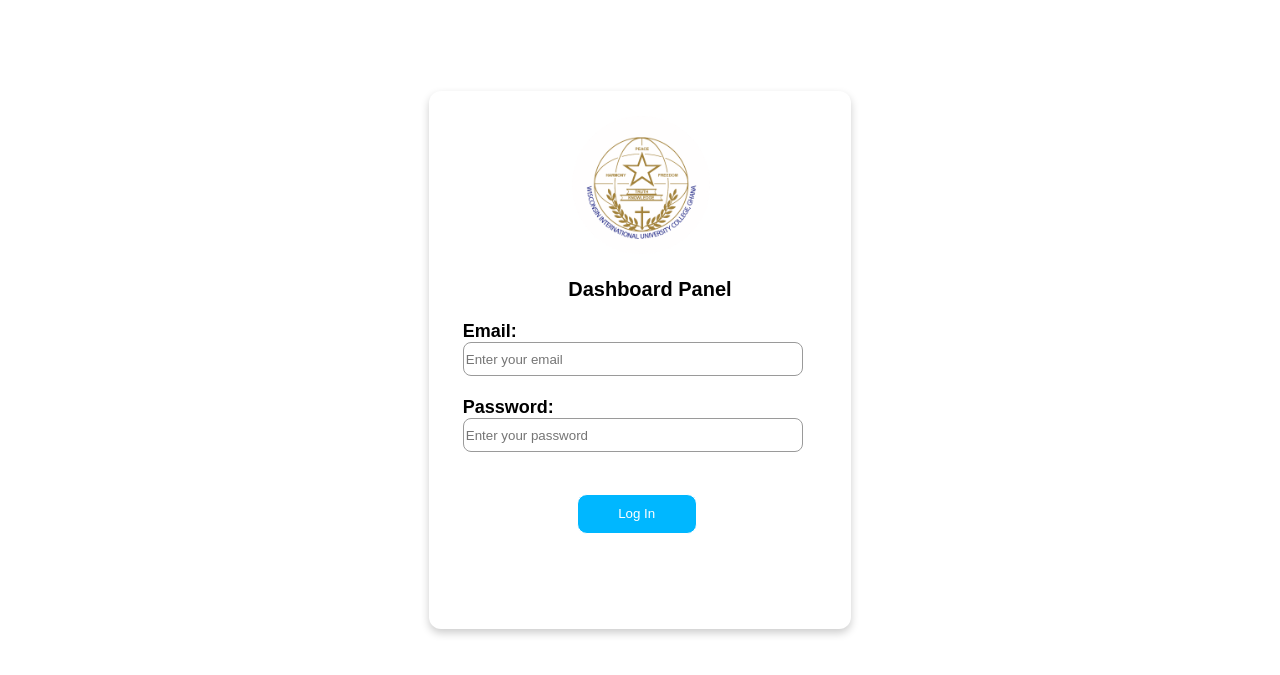
Repository: exe-walt/Voting-System-Project
Page: http://localhost/dash-login.php
The author's editor kept a copy of each file at every save. The page is drawn from the files as they stood at one save, then again after the next save.
The browser window is 1280 px wide. The pictures show the whole page.
The pointer rests on the first visible `button`.
The page is run by PHP 8.4 with error messages shown; the project is at /var/www/html/.

Above is the page before, as saved 2025-04-17 08:51:51.

After the next save:
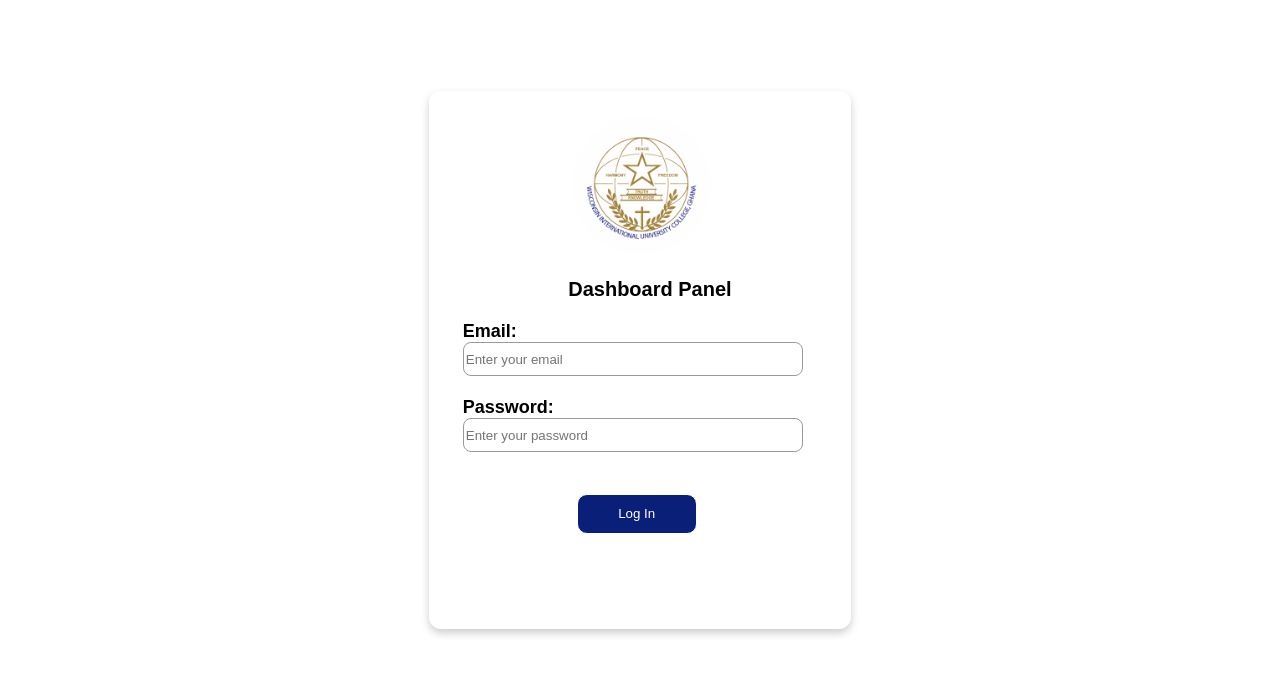
Saved 4 min 51 s later.
--- a/dash-login.css
+++ b/dash-login.css
@@ -70,7 +70,7 @@
 }
 
 button:hover{
-  background-color: #00b7ff;
+  background-color: #0a1f78;
   color: #ffffff;
   border: 1px solid #ffffff;
   transition: background-color 0.3s ease-in-out;
